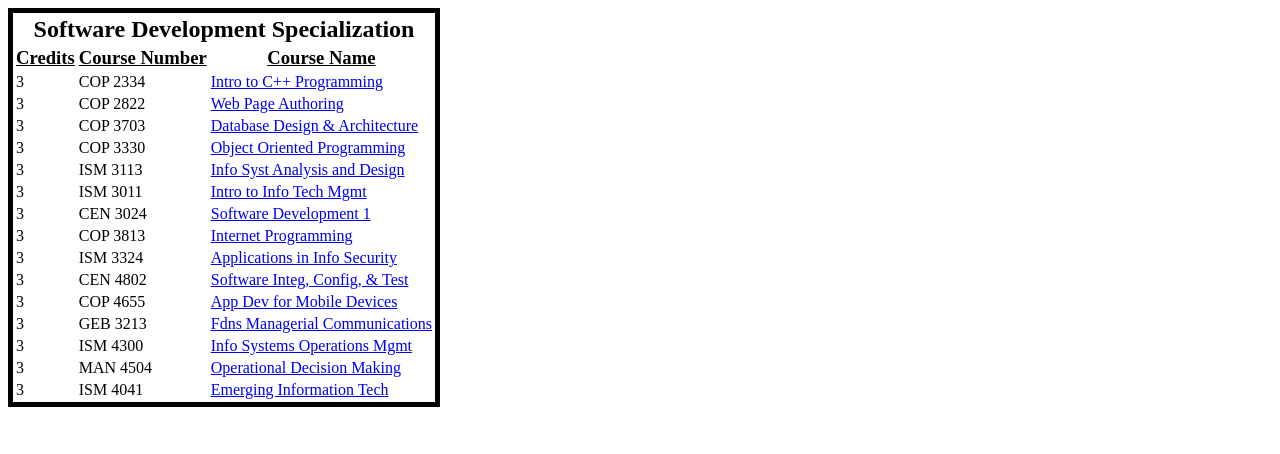
Repository: mlmEFSC21/P5-DegreeTableStyling
Page: FormattedProgramSpecialization1.html
These files come from the project's save history. The page is drawn as it stood at one moment and after the next save; the edit follows.
The browser window is 1280 px wide. The pictures show the whole page.

Above is the page before, as saved 2022-02-07 16:10:58.

### FormattedProgramSpecialization1.html
<!DOCTYPE html>
<html lang="en">
    <head>
        <meta charset="UTF-8" />
        <meta http-equiv="X-UA-Compatible" content="IE=edge" />
        <meta name="viewport" content="width=device-width, initial-scale=1.0" />
        <link rel="preconnect" href="https://fonts.googleapis.com" />
        <link rel="preconnect" href="https://fonts.gstatic.com" crossorigin />
        <link
            href="https://fonts.googleapis.com/css2?family=Spectral:wght@300&display=swap"
            rel="stylesheet"
        />
        <title>Degree Specialization Table</title>
    </head>
    <body>
        <table style="border: 5px solid black; text-align: center">
            <thead style="margin: 10px; padding: 3px">
                <tr>
                    <th colspan="3" style="font-size: 18pt; font-weight: bold">
                        Software Development Specialization
                    </th>
                </tr>
                <tr style="font-size: 14pt; text-decoration: underline">
                    <th>Credits</th>
                    <th>Course Number</th>
                    <th>Course Name</th>
                </tr>
            </thead>
            <tbody style="font-size: 12pt; text-align: left">
                <tr>
                    <td>3</td>
                    <td>COP 2334</td>
                    <td>
                        <a
                            href="https://bannerweb.easternflorida.edu/prod/bwckctlg.p_disp_course_detail?cat_term_in=202210&subj_code_in=COP&crse_numb_in=2334"
                            >Intro to C++ Programming</a
                        >
                    </td>
                </tr>
                <tr>
                    <td>3</td>
                    <td>COP 2822</td>
                    <td>
                        <a
                            href="https://bannerweb.easternflorida.edu/prod/bwckctlg.p_disp_course_detail?cat_term_in=202210&subj_code_in=COP&crse_numb_in=2822"
                            >Web Page Authoring</a
                        >
                    </td>
                </tr>
                <tr>
                    <td>3</td>
                    <td>COP 3703</td>
                    <td>
                        <a
                            href="https://bannerweb.easternflorida.edu/prod/bwckctlg.p_disp_course_detail?cat_term_in=202210&subj_code_in=COP&crse_numb_in=3703"
                            >Database Design & Architecture</a
                        >
                    </td>
                </tr>
                <tr>
                    <td>3</td>
                    <td>COP 3330</td>
                    <td>
                        <a
                            href="https://bannerweb.easternflorida.edu/prod/bwckctlg.p_disp_course_detail?cat_term_in=202210&subj_code_in=COP&crse_numb_in=3330"
                            >Object Oriented Programming</a
                        >
                    </td>
                </tr>
                <tr>
                    <td>3</td>
                    <td>ISM 3113</td>
                    <td>
                        <a
                            href="https://bannerweb.easternflorida.edu/prod/bwckctlg.p_disp_course_detail?cat_term_in=202210&subj_code_in=ISM&crse_numb_in=3113"
                            >Info Syst Analysis and Design</a
                        >
                    </td>
                </tr>
                <tr>
                    <td>3</td>
                    <td>ISM 3011</td>
                    <td>
                        <a
                            href="https://bannerweb.easternflorida.edu/prod/bwckctlg.p_disp_course_detail?cat_term_in=202210&subj_code_in=ISM&crse_numb_in=3011"
                            >Intro to Info Tech Mgmt</a
                        >
                    </td>
                </tr>
                <tr>
                    <td>3</td>
                    <td>CEN 3024</td>
                    <td>
                        <a
                            href="https://bannerweb.easternflorida.edu/prod/bwckctlg.p_disp_course_detail?cat_term_in=202210&subj_code_in=CEN&crse_numb_in=3024"
                            >Software Development 1</a
                        >
                    </td>
                </tr>
                <tr>
                    <td>3</td>
                    <td>COP 3813</td>
                    <td>
                        <a
                            href="https://bannerweb.easternflorida.edu/prod/bwckctlg.p_disp_course_detail?cat_term_in=202210&subj_code_in=COP&crse_numb_in=3813"
                            >Internet Programming</a
                        >
                    </td>
                </tr>
                <tr>
                    <td>3</td>
                    <td>ISM 3324</td>
                    <td>
                        <a
                            href="https://bannerweb.easternflorida.edu/prod/bwckctlg.p_disp_course_detail?cat_term_in=202210&subj_code_in=ISM&crse_numb_in=3324"
                            >Applications in Info Security</a
                        >
                    </td>
                </tr>
                <tr>
                    <td>3</td>
                    <td>CEN 4802</td>
                    <td>
                        <a
                            href="https://bannerweb.easternflorida.edu/prod/bwckctlg.p_disp_course_detail?cat_term_in=202210&subj_code_in=CEN&crse_numb_in=4802"
                            >Software Integ, Config, & Test</a
                        >
                    </td>
                </tr>
                <tr>
                    <td>3</td>
                    <td>COP 4655</td>
                    <td>
                        <a
                            href="https://bannerweb.easternflorida.edu/prod/bwckctlg.p_disp_course_detail?cat_term_in=202210&subj_code_in=COP&crse_numb_in=4655"
                            >App Dev for Mobile Devices</a
                        >
                    </td>
                </tr>
                <tr>
                    <td>3</td>
                    <td>GEB 3213</td>
                    <td>
                        <a
                            href="https://bannerweb.easternflorida.edu/prod/bwckctlg.p_disp_course_detail?cat_term_in=202210&subj_code_in=GEB&crse_numb_in=3213"
                            >Fdns Managerial Communications</a
                        >
                    </td>
                </tr>
                <tr>
                    <td>3</td>
                    <td>ISM 4300</td>
                    <td>
                        <a
                            href="https://bannerweb.easternflorida.edu/prod/bwckctlg.p_disp_course_detail?cat_term_in=202210&subj_code_in=ISM&crse_numb_in=4300"
                            >Info Systems Operations Mgmt</a
                        >
                    </td>
                </tr>
                <tr>
                    <td>3</td>
                    <td>MAN 4504</td>
                    <td>
                        <a
                            href="https://bannerweb.easternflorida.edu/prod/bwckctlg.p_disp_course_detail?cat_term_in=202210&subj_code_in=MAN&crse_numb_in=4504"
                            >Operational Decision Making</a
                        >
                    </td>
                </tr>
                <tr>
                    <td>3</td>
                    <td>ISM 4041</td>
                    <td>
                        <a
                            href="https://bannerweb.easternflorida.edu/prod/bwckctlg.p_disp_course_detail?cat_term_in=202210&subj_code_in=ISM&crse_numb_in=4041"
                            >Emerging Information Tech</a
                        >
                    </td>
                </tr>
            </tbody>
        </table>
    </body>
</html>

After the next save:
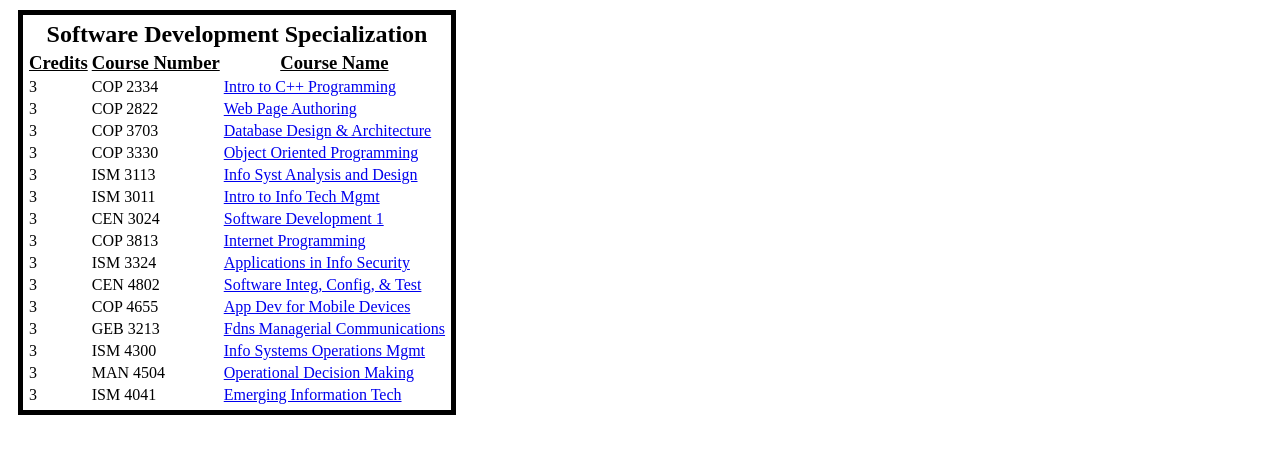
Saved 20 s later.
--- a/FormattedProgramSpecialization1.html
+++ b/FormattedProgramSpecialization1.html
@@ -13,8 +13,8 @@
         <title>Degree Specialization Table</title>
     </head>
     <body>
-        <table style="border: 5px solid black; text-align: center">
-            <thead style="margin: 10px; padding: 3px">
+        <table style="border: 5px solid black; text-align: center; margin: 10px; padding: 3px">
+            <thead style="">
                 <tr>
                     <th colspan="3" style="font-size: 18pt; font-weight: bold">
                         Software Development Specialization
